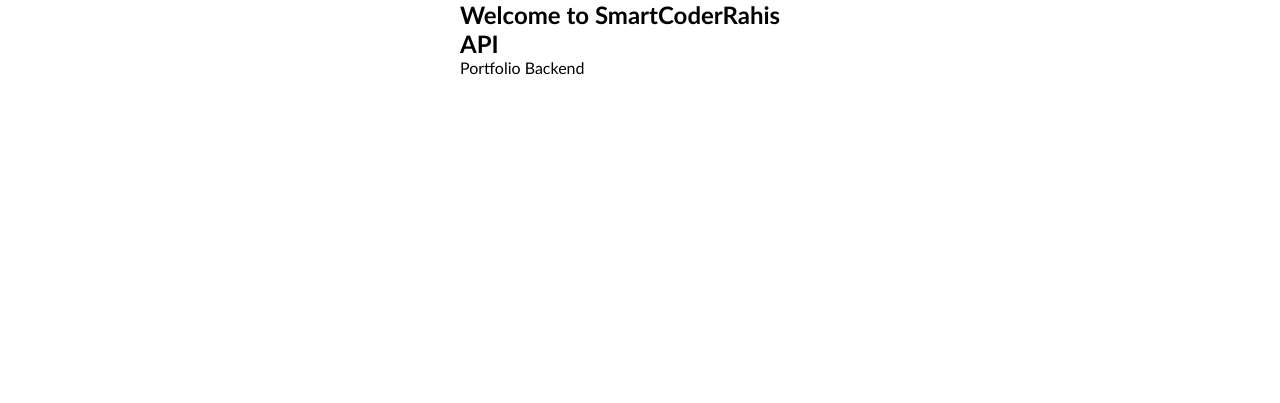
Repository: Rahis16/next_portfolio
Page: django_backend/portfolio/portfolioApp/templates/index.html
These files come from the project's save history. The page is drawn as it stood at one moment and after the next save; the edit follows.
The browser window is 1280 px wide. The pictures show the whole page.

Above is the page before, as saved 2025-06-25 13:14:14.

### django_backend/portfolio/portfolioApp/templates/index.html
<!DOCTYPE html>
<html lang="en">
<head>
    <meta charset="UTF-8">
    <meta name="viewport" content="width=device-width, initial-scale=1.0">
    <title>Document</title>
    <style>
        *{
            padding: 0;
            margin: 0;
            box-sizing: border-box;
            font-family: 'Gill Sans', 'Gill Sans MT', Calibri, 'Trebuchet MS', sans-serif;
        }

        body{
            display: flex;
            justify-content: center;
            align-items: center;
            width: 100%;
            height: 100%;
        }

        .home{
            height: 50vh;
            width: 50vh;
            box-shadow: 0 4px 16px rgb(0, 0, 0,);

        }
    </style>
</head>
<body>
    <section class="home">
        <h1>Welcome to SmartCoderRahis API</h1>
        <p>Portfolio Backend</p>
    </section>
</body>
</html>

After the next save:
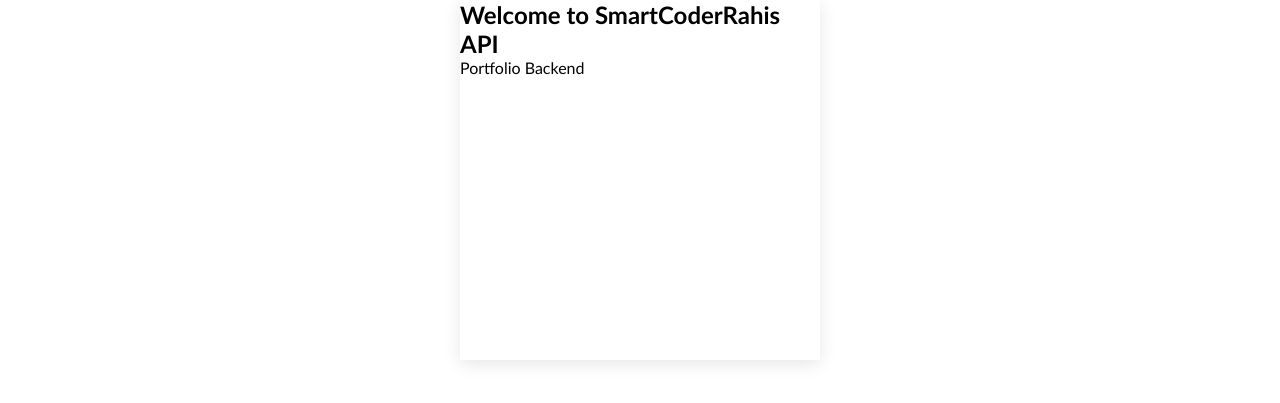
Saved 8 s later.
--- a/django_backend/portfolio/portfolioApp/templates/index.html
+++ b/django_backend/portfolio/portfolioApp/templates/index.html
@@ -23,7 +23,7 @@
         .home{
             height: 50vh;
             width: 50vh;
-            box-shadow: 0 4px 16px rgb(0, 0, 0,);
+            box-shadow: 0 4px 16px rgb(0, 0, 0, 0.1);
 
         }
     </style>
